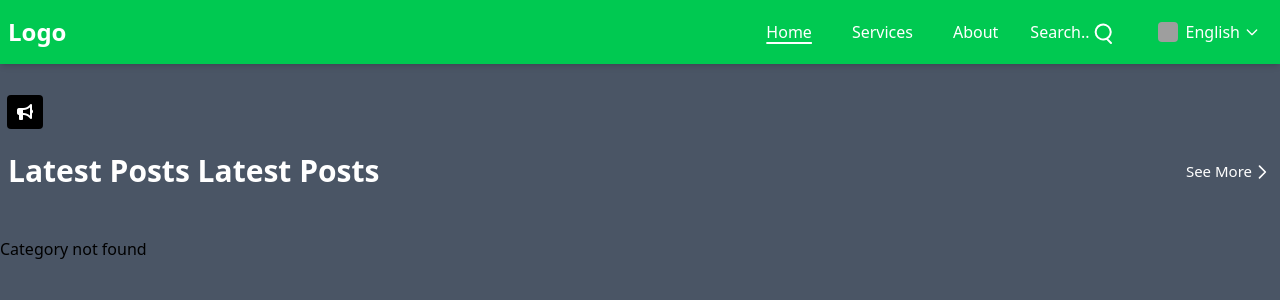
Repository: saroeuntola/we-share
Page: http://localhost/?lang=en
An editor plug-in stored every save of this project. The page is shown before and after a run of saves, followed by the edit.
The browser window is 1280 px wide. The pictures show the whole page.
Pictures or frames that could not be fetched are drawn as grey boxes. The page is run by PHP 8.4 with error messages shown; the project is at /var/www/html/. Style sheets and scripts are compiled from the project's sources, by tool versions that may differ from the author's. Queries for data that is not in the repository find no rows.

Above is the page before, as saved 2025-08-28 12:39:20.

### index.php
<!DOCTYPE html>
<html lang="en">

<head>
    <meta charset="UTF-8">
    <meta name="viewport" content="width=device-width, initial-scale=1.0">
    <title>Latest Posts</title>
    <link rel="stylesheet" href="./assets/css/output.css">
    <link rel="stylesheet" href="./assets/css/custom.css">
    <link rel="stylesheet" href="https://cdnjs.cloudflare.com/ajax/libs/font-awesome/6.0.0-beta3/css/all.min.css" />
    <script src="https://code.jquery.com/jquery-3.6.0.min.js"></script>
</head>

<body class="bg-gray-600">
    <header class="fixed z-10 w-full" id="header">
        <?php
        include 'head-bar.php'
        ?>
    </header>

    <main class="max-w-7xl m-auto mt-[95px]">
        <section class="mb-6">
            <?php
            include 'key-frame.php'
            ?>
        </section>

        <section>
            <?php
            include 'last-post-card.php'
            ?>

        </section>

        <section class="mt-6">
            <?php
            include 'programing-card.php'
            ?>
        </section>

        <section class="mt-6">
            <?php
            include 'web-dev-card.php'
            ?>
        </section>
    </main>


</body>

</html>

### key-frame.php
<style>
    /* Container */
    .container {
        width: 100%;
        overflow: hidden;
        margin: 0 auto;
        align-items: center;
        color: white;
    }

    /* Fixed icon on the left */
    .announcement-icon {
        background-color: brown;
        color: white;
        padding: 5px 10px;
        border-radius: 4px;
    }

    /* Announcement text */
    .announcement {
        font-family: Arial, sans-serif;
        font-size: 15px;
        display: inline-block;
        white-space: nowrap;
        animation: slideLeftToRight 20s linear infinite;
    }

    #main {
        display: flex;
        overflow: hidden;
        margin: 0 auto;
        align-items: center;
        max-width: 1212px;
        width: 100%;
        color: white;
    }

    /* Desktop animation */
    @keyframes slideLeftToRight {
        0% {
            transform: translateX(1210px);
        }

        100% {
            transform: translateX(-100%);
        }
    }

    /* Tablet */
    @media (max-width: 1024px) {
        #main {
            width: 95%;
        }

        .announcement {
            animation: slideLeftToRightTablet 18s linear infinite;
        }

        @keyframes slideLeftToRightTablet {
            0% {
                transform: translateX(768px);
            }

            100% {
                transform: translateX(-100%);
            }
        }
    }

    /* Mobile */
    @media (max-width: 480px) {
        #main {
            width: 92%;
        }

        .announcement {
            animation: slideLeftToRightMobile 15s linear infinite;
        }

        @keyframes slideLeftToRightMobile {
            0% {
                transform: translateX(400px);
            }

            100% {
                transform: translateX(-100%);
            }
        }
    }
</style>
<style>
    /* Container */
    .container {
        width: 100%;
        overflow: hidden;
        margin: 0 auto;
        align-items: center;
        color: white;
    }

    /* Fixed icon on the left */
    .announcement-icon {
        background-color: black;
        color: white;
        padding: 5px 10px;
        border-radius: 4px;
    }

    /* Announcement text */
    .announcement {
        font-family: Arial, sans-serif;
        font-size: 15px;
        display: inline-block;
        white-space: nowrap;
        animation: slideLeftToRight 20s linear infinite;

    }

    #main {
        display: flex;
        overflow: hidden;
        margin: 0 auto;
        align-items: center;
        max-width: 1280px;
        width: 100%;
      padding: 0px 7px;

    }

    /* Desktop animation */
    @keyframes slideLeftToRight {
        0% {
            transform: translateX(1280px);
        }

        100% {
            transform: translateX(-100%);
        }
    }

    /* Tablet */
    @media (max-width: 1024px) {

        .announcement {
            animation: slideLeftToRightTablet 18s linear infinite;
        }

        @keyframes slideLeftToRightTablet {
            0% {
                transform: translateX(768px);
            }

            100% {
                transform: translateX(-100%);
            }
        }
    }

    /* Mobile */
    @media (max-width: 480px) {

        .announcement {
            animation: slideLeftToRightMobile 15s linear infinite;
        }

        @keyframes slideLeftToRightMobile {
            0% {
                transform: translateX(400px);
            }

            100% {
                transform: translateX(-100%);
            }
        }
    }
</style>



<div id="main">
    <div class="announcement-icon"><i class="fas fa-bullhorn"></i></div>
    <div class="container">
        <!-- Sliding text -->
     <p class="announcement">Welcome</p>
    </div>
</div>

### last-post-card.php
<?php
include './admin/lib/db.php';
include './admin/lib/post_lib.php';
include './admin/lib/category_lib.php';
include './admin/lib/subcategory_lib.php';
$lang = isset($_GET['lang']) && in_array($_GET['lang'], ['en', 'kh']) ? $_GET['lang'] : 'en';

$postModel = new Post($lang);
$categoryModel = new Category($lang);
$subcategoryModel = new Subcategory($lang);

// Get latest 10 posts
$latestPosts = $postModel->getPosts();
usort($latestPosts, function ($a, $b) {
    return strtotime($b['created_at']) - strtotime($a['created_at']);
});
$displayPosts = array_slice($latestPosts, 0, 8);


?>

<style>
    .scroll-x {
        overflow-x: auto;
        white-space: nowrap;
        padding-bottom: 1rem;
    }

    p,
    h2 {
        color: white;
    }
</style>
<section class="px-2">

    <div class="flex justify-between items-center mb-6">
        <h1 class="text-xl lg:text-3xl md:text-2xl font-bold text-white <?= $lang === 'kh' ? 'khmer-font-nav' : '' ?>">Latest Posts <?= $lang === 'en' ? 'Latest Posts' : 'ការបង្ហោះថ្មីៗ' ?></h1>
        <a href="last-post"
            class="inline-flex items-center justify-center text-center text-white hover:text-green-400 text-[15px] transition <?= $lang === 'kh' ? 'khmer-font' : '' ?> ">
            <?= $lang === 'en' ? 'See More' : 'មើលទាំងអស់' ?>
            <svg class="w-5 h-5 mt-[1px]" fill="none" stroke="currentColor" stroke-width="2"
                viewBox="0 0 24 24" xmlns="http://www.w3.org/2000/svg">
                <path stroke-linecap="round" stroke-linejoin="round" d="M9 5l7 7-7 7" />
            </svg>
        </a>
    </div>

    <!-- Desktop grid -->
    <div class="hidden md:grid md:grid-cols-3 lg:grid-cols-4 gap-2">
        <?php foreach ($displayPosts as $p): ?>
            <a href="detail.php?slug=<?= htmlspecialchars($p['slug']) ?>&lang=<?= $lang ?>">
                <div class="card bg-gray-800 rounded-lg shadow-md hover:shadow-lg overflow-hidden">
                    <?php if (!empty($p['image'])): ?>
                        <img src="./admin/posts/uploads/<?= htmlspecialchars($p['image']) ?>"
                            alt="<?= htmlspecialchars($p['name']) ?>"
                            class="w-full h-[90px] md:h-[130px] lg:h-[160px] object-cover rounded-none">
                    <?php endif; ?>
                    <div class="card-body px-4 py-2">
                        <h2 class="font-semibold text-lg mb-1"><?= htmlspecialchars($p['name']) ?></h2>

                    </div>
                </div>
            </a>

        <?php endforeach; ?>
    </div>

    <!-- Mobile horizontal scroll -->
    <div class="overflow-x-auto md:hidden py-2">
        <div class="flex space-x-2">
            <?php foreach ($displayPosts as $p): ?>
                <a href="detail.php?slug=<?= htmlspecialchars($p['slug']) ?>" class="flex-shrink-0">
                    <div
                        class="card bg-gray-800 rounded-lg shadow-md hover:shadow-lg overflow-hidden w-[167px] sm:w-[200px]">
                        <?php if (!empty($p['image'])): ?>
                            <img src="./admin/posts/uploads/<?= htmlspecialchars($p['image']) ?>"
                                alt="<?= htmlspecialchars($p['name']) ?>"
                                class="w-full h-[90px] sm:h-[120px] object-cover">
                        <?php endif; ?>
                        <div class="card-body px-2 py-1">
                            <h2 class="font-semibold text-sm break-words"><?= htmlspecialchars($p['name']) ?></h2>
                        </div>
                    </div>
                </a>
            <?php endforeach; ?>
        </div>
    </div>
</section>

### admin/lib/db.php

<?php

function dbConn()
{
   $servername = "localhost";
    $username = "root";
    $password = "";
    $db = "weshare";

    try {
        $conn = new PDO("mysql:host=$servername;dbname=$db", $username, $password);
        $conn->setAttribute(PDO::ATTR_ERRMODE, PDO::ERRMODE_EXCEPTION);
        return $conn;
    } catch (PDOException $e) {
        die("Connection failed: " . $e->getMessage());
    }
}

function dbClose(&$conn)
{
    $conn = null;
}

function dbSelect($table, $column = "*", $criteria = "", $clause = "")
{
    if (empty($table)) return false;

    $sql = "SELECT $column FROM $table";
    if (!empty($criteria)) $sql .= " WHERE $criteria";
    if (!empty($clause)) $sql .= " $clause";

    $conn = dbConn();
    try {
        $stmt = $conn->query($sql);
        $result = $stmt->fetchAll(PDO::FETCH_ASSOC);
        dbClose($conn);
        return $result;
    } catch (PDOException $e) {
        echo "Error in selecting data: " . $e->getMessage();
        return false;
    }
}

function dbInsert($table, $data = array())
{
    if (empty($table) || empty($data)) return false;

    $conn = dbConn();
    $fields = implode(", ", array_keys($data));
    $placeholders = ":" . implode(", :", array_keys($data));
    $sql = "INSERT INTO $table ($fields) VALUES ($placeholders)";

    try {
        $stmt = $conn->prepare($sql);
        $stmt->execute($data);
        dbClose($conn);
        return true;
    } catch (PDOException $e) {
        echo "Error inserting data: " . $e->getMessage();
        return false;
    }
}

function dbUpdate($table, $data = array(), $criteria = "")
{
    if (empty($table) || empty($data) || empty($criteria)) return false;

    $conn = dbConn();
    $setClause = "";
    foreach ($data as $key => $val) {
        $setClause .= "$key = :$key, ";
    }
    $setClause = rtrim($setClause, ", ");
    $sql = "UPDATE $table SET $setClause WHERE $criteria";

    try {
        $stmt = $conn->prepare($sql);
        $stmt->execute($data);
        dbClose($conn);
        return true;
    } catch (PDOException $e) {
        echo "Error updating data: " . $e->getMessage();
        return false;
    }
}

function dbDelete($table, $criteria)
{
    if (empty($table) || empty($criteria)) return false;

    $sql = "DELETE FROM $table WHERE $criteria";
    $conn = dbConn();

    try {
        $stmt = $conn->prepare($sql);
        $stmt->execute();
        dbClose($conn);
        return true;
    } catch (PDOException $e) {
        echo "Error deleting data: " . $e->getMessage();
        return false;
    }
}

function dbCount($table = "", $criteria = "")
{
    if (empty($table)) return false;

    $sql = "SELECT COUNT(*) as count FROM $table";
    if (!empty($criteria)) $sql .= " WHERE $criteria";

    $conn = dbConn();
    try {
        $stmt = $conn->query($sql);
        $result = $stmt->fetch(PDO::FETCH_ASSOC);
        dbClose($conn);
        return $result['count'];
    } catch (PDOException $e) {
        echo "Error counting data: " . $e->getMessage();
        return false;
    }
}

?>

### admin/lib/category_lib.php
<?php
class Category
{
    private $db;
    private $lang;

    public function __construct($lang = 'en')
    {
        $this->db = dbConn();
        $this->lang = in_array($lang, ['en', 'kh']) ? $lang : 'en';
    }

    private function generateSlug($string)
    {
        $slug = strtolower(trim($string));
        $slug = preg_replace('/[^a-z0-9\- ]/', '', $slug);
        $slug = preg_replace('/\s+/', '-', $slug);
        $slug = preg_replace('/-+/', '-', $slug);

        $baseSlug = $slug;
        $i = 1;
        while ($this->slugExists($slug)) {
            $slug = $baseSlug . '-' . $i;
            $i++;
        }
        return $slug;
    }

    private function slugExists($slug)
    {
        $stmt = $this->db->prepare("SELECT COUNT(*) FROM categories WHERE slug = :slug");
        $stmt->execute(['slug' => $slug]);
        return $stmt->fetchColumn() > 0;
    }

    public function createCategory($name_en, $name_kh = null)
    {
        $slug = $this->generateSlug($name_en);
        $stmt = $this->db->prepare("INSERT INTO categories (name, name_kh, slug) VALUES (:name, :name_kh, :slug)");
        return $stmt->execute([
            'name' => $name_en,
            'name_kh' => $name_kh,
            'slug' => $slug
        ]);
    }

    // GET all categories
    public function getCategories()
    {
        $sql = "SELECT *,
                CASE WHEN :lang = 'kh' THEN name_kh ELSE name END AS name
                FROM categories
                ORDER BY name ASC";
        $stmt = $this->db->prepare($sql);
        $stmt->bindValue(':lang', $this->lang, PDO::PARAM_STR);
        $stmt->execute();
        return $stmt->fetchAll(PDO::FETCH_ASSOC);
    }

    // GET category by ID or slug
    public function getCategory($identifier)
    {
        if (is_numeric($identifier)) {
            $sql = "SELECT *,
                    CASE WHEN :lang = 'kh' THEN name_kh ELSE name END AS name
                    FROM categories
                    WHERE id = :id
                    LIMIT 1";
            $stmt = $this->db->prepare($sql);
            $stmt->bindValue(':id', $identifier, PDO::PARAM_INT);
        } else {
            $sql = "SELECT *,
                    CASE WHEN :lang = 'kh' THEN name_kh ELSE name END AS name
                    FROM categories
                    WHERE slug = :slug
                    LIMIT 1";
            $stmt = $this->db->prepare($sql);
            $stmt->bindValue(':slug', $identifier, PDO::PARAM_STR);
        }
        $stmt->bindValue(':lang', $this->lang, PDO::PARAM_STR);
        $stmt->execute();
        return $stmt->fetch(PDO::FETCH_ASSOC);
    }

    public function updateCategory($id, $newName_en, $newName_kh = null, $newImage = null)
    {
        $slug = $this->generateSlug($newName_en);
        $stmt = $this->db->prepare("
            UPDATE categories SET
                name = :name_en,
                name_kh = :name_kh,
                slug = :slug,
                cat_image = :cat_image
            WHERE id = :id
        ");
        return $stmt->execute([
            'name_en' => $newName_en,
            'name_kh' => $newName_kh,
            'slug' => $slug,
            'cat_image' => $newImage,
            'id' => $id
        ]);
    }

    public function deleteCategory($id)
    {
        $stmt = $this->db->prepare("DELETE FROM categories WHERE id = :id");
        return $stmt->execute(['id' => $id]);
    }

    public function deleteCatBySlug($slug)
    {
        $stmt = $this->db->prepare("DELETE FROM categories WHERE slug = :slug");
        return $stmt->execute(['slug' => $slug]);
    }
}

### admin/lib/subcategory_lib.php
<?php
class Subcategory
{
    private $db;
    private $lang;

    public function __construct($lang = 'en')
    {
        $this->db = dbConn();
        $this->lang = in_array($lang, ['en', 'kh']) ? $lang : 'en';
    }

    // GET all subcategories
    public function getAllSubcategory($lang = 'en')
    {
        $lang = in_array($lang, ['en', 'kh']) ? $lang : 'en';

        $sql = "SELECT s.*,
                   CASE WHEN :lang = 'kh' THEN s.name_kh ELSE s.name END AS name,
                   c.name AS category_name
            FROM subcategories s
            INNER JOIN categories c ON s.category_id = c.id";

        $stmt = $this->db->prepare($sql);
        $stmt->bindValue(':lang', $lang, PDO::PARAM_STR);
        $stmt->execute();

        return $stmt->fetchAll(PDO::FETCH_ASSOC);
    }


    private function generateSlug($string)
    {
        $slug = strtolower(trim($string));
        $slug = preg_replace('/[^a-z0-9\- ]/', '', $slug);
        $slug = preg_replace('/\s+/', '-', $slug);
        $slug = preg_replace('/-+/', '-', $slug);

        $baseSlug = $slug;
        $i = 1;
        while ($this->slugExists($slug)) {
            $slug = $baseSlug . '-' . $i;
            $i++;
        }
        return $slug;
    }

    private function slugExists($slug)
    {
        $stmt = $this->db->prepare("SELECT COUNT(*) FROM subcategories WHERE slug = :slug");
        $stmt->execute(['slug' => $slug]);
        return $stmt->fetchColumn() > 0;
    }

    // CREATE subcategory
    public function createSubcategory($category_id, $name_en, $name_kh = null, $added_by = null)
    {
        $slug = $this->generateSlug($name_en);
        $stmt = $this->db->prepare("
            INSERT INTO subcategories (category_id, name, name_kh, slug, added_by)
            VALUES (:category_id, :name_en, :name_kh, :slug, :added_by)
        ");
        return $stmt->execute([
            'category_id' => $category_id,
            'name_en' => $name_en,
            'name_kh' => $name_kh,
            'slug' => $slug,
            'added_by' => $added_by
        ]);
    }

    // GET subcategories by category ID
    public function getSubcategoriesByCategory($category_id)
    {
        $sql = "SELECT *,
                CASE WHEN :lang = 'kh' THEN name_kh ELSE name END AS name
                FROM subcategories
                WHERE category_id = :category_id
                ORDER BY name ASC";
        $stmt = $this->db->prepare($sql);
        $stmt->bindValue(':category_id', $category_id, PDO::PARAM_INT);
        $stmt->bindValue(':lang', $this->lang, PDO::PARAM_STR);
        $stmt->execute();
        return $stmt->fetchAll(PDO::FETCH_ASSOC);
    }

    // GET subcategories by category slug
    public function getSubcategoriesByCategorySlug($category_slug)
    {
        $sql = "SELECT s.*,
                CASE WHEN :lang = 'kh' THEN s.name_kh ELSE s.name END AS name
                FROM subcategories s
                INNER JOIN categories c ON s.category_id = c.id
                WHERE c.slug = :slug
                ORDER BY s.name ASC";
        $stmt = $this->db->prepare($sql);
        $stmt->bindValue(':slug', $category_slug, PDO::PARAM_STR);
        $stmt->bindValue(':lang', $this->lang, PDO::PARAM_STR);
        $stmt->execute();
        return $stmt->fetchAll(PDO::FETCH_ASSOC);
    }

    // GET single subcategory by ID or slug
    public function getSubcategory($identifier)
    {
        if (is_numeric($identifier)) {
            $sql = "SELECT *,
                    CASE WHEN :lang = 'kh' THEN name_kh ELSE name END AS name
                    FROM subcategories
                    WHERE id = :id
                    LIMIT 1";
            $stmt = $this->db->prepare($sql);
            $stmt->bindValue(':id', $identifier, PDO::PARAM_INT);
        } else {
            $sql = "SELECT *,
                    CASE WHEN :lang = 'kh' THEN name_kh ELSE name END AS name
                    FROM subcategories
                    WHERE slug = :slug
                    LIMIT 1";
            $stmt = $this->db->prepare($sql);
            $stmt->bindValue(':slug', $identifier, PDO::PARAM_STR);
        }

        $stmt->bindValue(':lang', $this->lang, PDO::PARAM_STR);
        $stmt->execute();
        return $stmt->fetch(PDO::FETCH_ASSOC);
    }

    // UPDATE subcategory
    public function updateSubcategory($identifier, $newName_en = null, $newName_kh = null, $newCategoryId = null, $newAdded_by = null)
    {
        $sub = $this->getSubcategory($identifier);
        if (!$sub) return false;

        $slug = $newName_en ? $this->generateSlug($newName_en) : $sub['slug'];

        $sql = "UPDATE subcategories SET name = :name_en, name_kh = :name_kh, slug = :slug";
        $params = [
            'name_en' => $newName_en ?? $sub['name'],
            'name_kh' => $newName_kh ?? $sub['name_kh'],
            'slug' => $slug,
            'id' => $sub['id']
        ];

        if ($newCategoryId !== null) {
            $sql .= ", category_id = :category_id";
            $params['category_id'] = $newCategoryId;
        }

        if ($newAdded_by !== null) {
            $sql .= ", added_by = :added_by";
            $params['added_by'] = $newAdded_by;
        }

        $sql .= " WHERE id = :id";
        $stmt = $this->db->prepare($sql);
        return $stmt->execute($params);
    }

    // DELETE subcategory
    public function deleteSubcategory($identifier)
    {
        $sub = $this->getSubcategory($identifier);
        if (!$sub) return false;

        $stmt = $this->db->prepare("DELETE FROM subcategories WHERE id = :id");
        return $stmt->execute(['id' => $sub['id']]);
    }
}

### programing-card.php
<?php

$categoryModel = new Category();
$subcategoryModel = new Subcategory();
$postModel = new Post();

$categorySlug = "programming";

$programingCat = $categoryModel->getCategory($categorySlug);
if (!$programingCat) die("Category not found");

$subcategories = $subcategoryModel->getSubcategoriesByCategorySlug($categorySlug);

$filterSubSlug = $_GET['sub'] ?? null;

$limit = 8;
$posts = $filterSubSlug
    ? $postModel->getPostsByCategoryAndSubcategorySlug($categorySlug, $filterSubSlug, $limit)
    : $postModel->getPostsByCategorySlug($categorySlug, $limit);
?>

<section class="px-2">
    <div class="flex justify-between items-center mb-6">
        <h1 class="text-xl lg:text-3xl md:text-2xl font-bold text-white">Latest Posts</h1>
        <a href="programming"
            class="inline-flex items-center justify-center text-center text-white hover:text-green-400 text-[15px] transition ">
            See More
            <svg class="w-5 h-5 mt-[1px]" fill="none" stroke="currentColor" stroke-width="2"
                viewBox="0 0 24 24" xmlns="http://www.w3.org/2000/svg">
                <path stroke-linecap="round" stroke-linejoin="round" d="M9 5l7 7-7 7" />
            </svg>
        </a>
    </div>
    <!-- Desktop grid -->
    <div class="hidden md:grid md:grid-cols-3 lg:grid-cols-4 gap-2">
        <?php foreach ($posts as $p):
            $sub = $p['subcategory_id'] ? $subcategoryModel->getSubcategory($p['subcategory_id']) : null;
        ?>
            <a href="detail.php?slug=<?= htmlspecialchars($p['slug']) ?>">
                <div class="card bg-gray-800 rounded-lg shadow-md hover:shadow-lg overflow-hidden">
                    <?php if (!empty($p['image'])): ?>
                        <img src="./admin/posts/uploads/<?= htmlspecialchars($p['image']) ?>"
                            alt="<?= htmlspecialchars($p['name']) ?>"
                            class="w-full h-[90px] md:h-[130px] lg:h-[160px] object-cover rounded-none">
                    <?php endif; ?>
                    <div class="card-body px-4 py-2">
                        <h2 class="font-semibold text-lg mb-1"><?= htmlspecialchars($p['name']) ?></h2>

                    </div>
                </div>
            </a>

        <?php endforeach; ?>
    </div>

    <!-- Mobile horizontal scroll -->
    <div class="overflow-x-auto md:hidden py-2">
        <div class="flex space-x-2">
            <?php foreach ($posts as $p): ?>
                <a href="detail.php?slug=<?= htmlspecialchars($p['slug']) ?>" class="flex-shrink-0">
                    <div
                        class="card bg-gray-800 rounded-lg shadow-md hover:shadow-lg overflow-hidden w-[167px] sm:w-[200px]">
                        <?php if (!empty($p['image'])): ?>
                            <img src="./admin/posts/uploads/<?= htmlspecialchars($p['image']) ?>"
                                alt="<?= htmlspecialchars($p['name']) ?>"
                                class="w-full h-[90px] sm:h-[120px] object-cover">
                        <?php endif; ?>
                        <div class="card-body px-2 py-1">
                            <h2 class="font-semibold text-sm break-words"><?= htmlspecialchars($p['name']) ?></h2>
                        </div>
                    </div>
                </a>
            <?php endforeach; ?>
        </div>
    </div>
</section>

### assets/css/custom.css
#header {
  top: 0;
}

.khmer-font-nav{
    font-family: "Moul", serif;
    font-weight: 400;
    font-style: normal;
    font-size: 14px;
}

    .khmer-font {
        font-family: "Battambang", system-ui;
        font-weight: 100;
        font-style: normal;
        font-size: 13px;
    }

Loaded but not shown: assets/css/input.css (common file); head-bar.php (327 lines, source omitted); admin/lib/post_lib.php (256 lines, source omitted)

After the next 2 saves:
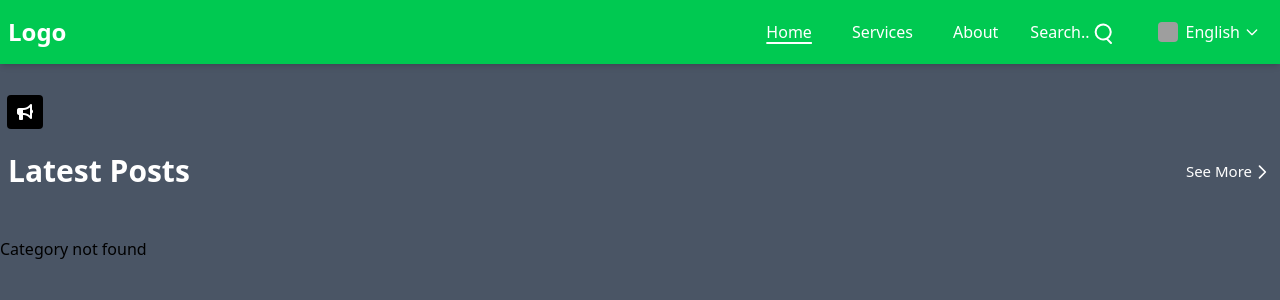
The 2 saves are shown as one change because they came seconds apart.
The last was saved 7 s later.
--- a/last-post-card.php
+++ b/last-post-card.php
@@ -34,7 +34,7 @@ $displayPosts = array_slice($latestPosts, 0, 8);
 <section class="px-2">
 
     <div class="flex justify-between items-center mb-6">
-        <h1 class="text-xl lg:text-3xl md:text-2xl font-bold text-white <?= $lang === 'kh' ? 'khmer-font-nav' : '' ?>">Latest Posts <?= $lang === 'en' ? 'Latest Posts' : 'ការបង្ហោះថ្មីៗ' ?></h1>
+        <h1 class="text-xl lg:text-3xl md:text-2xl font-bold text-white <?= $lang === 'kh' ? 'khmer-font-nav' : '' ?>"><?= $lang === 'en' ? 'Latest Posts' : 'ការបង្ហោះថ្មីៗ' ?></h1>
         <a href="last-post"
             class="inline-flex items-center justify-center text-center text-white hover:text-green-400 text-[15px] transition <?= $lang === 'kh' ? 'khmer-font' : '' ?> ">
             <?= $lang === 'en' ? 'See More' : 'មើលទាំងអស់' ?>
